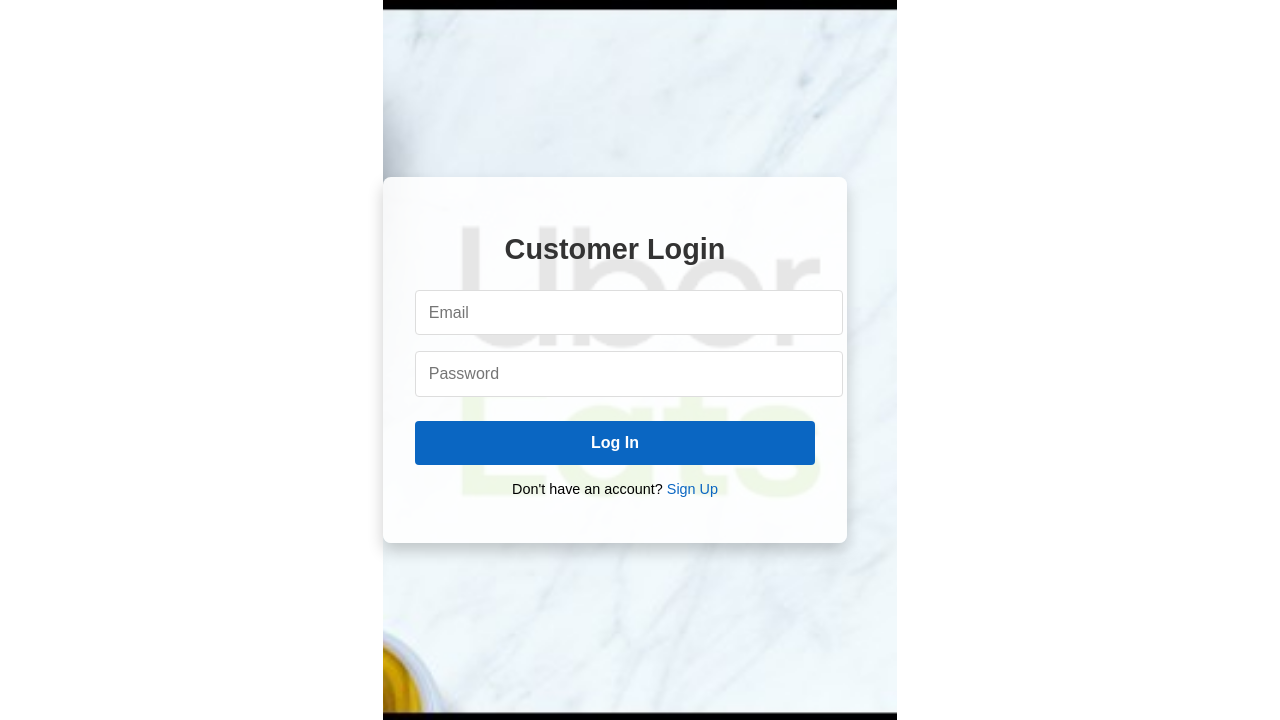
Repository: hamsaram14/dummy4
Page: / (app in frontend1/)
These files come from the project's save history. The page is drawn as it stood at one moment and after the next save; the edit follows.
The browser window is 1280 px wide. The pictures show the whole page.
The project was rebuilt for these pictures with package versions that can differ from the ones it lists, and the page was loaded fresh each time. Also part of the build but not shown: frontend1/src/components/SignUpComponent.js.

Above is the page before, as saved 2024-10-11 14:00:16.

After the next save:
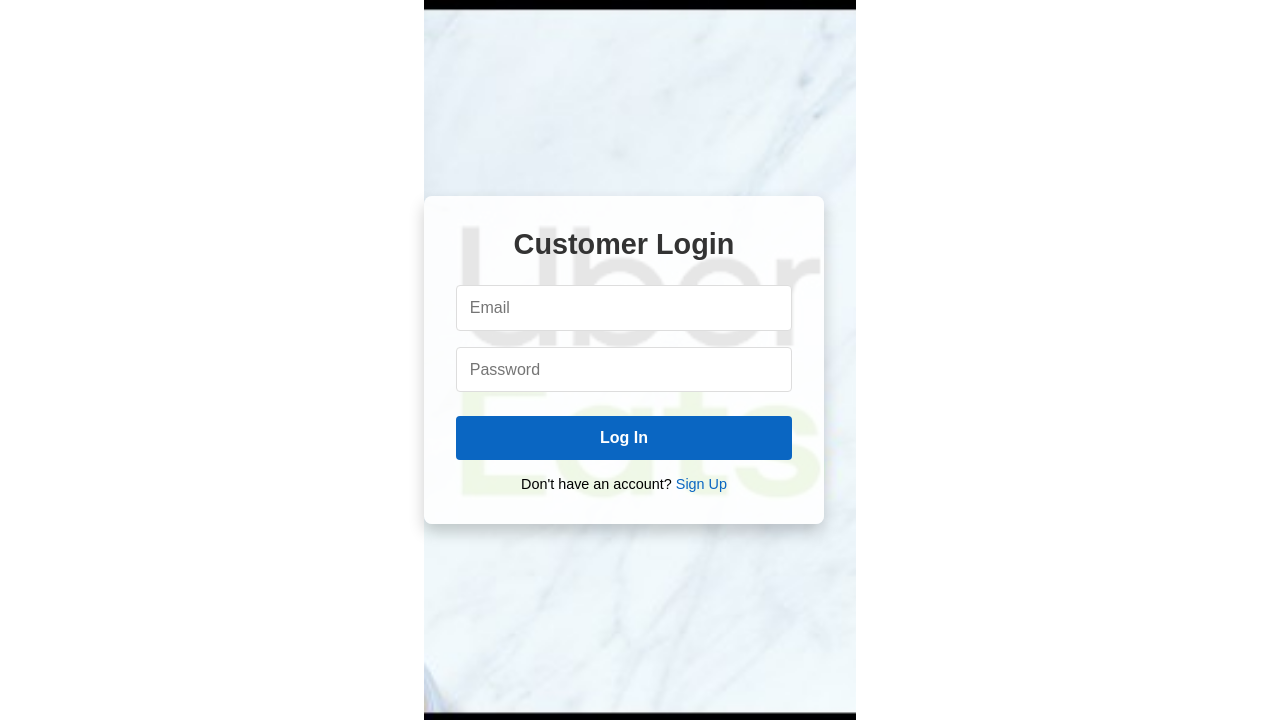
Saved 85 s later.
--- a/frontend1/src/components/LoginComponent.css
+++ b/frontend1/src/components/LoginComponent.css
@@ -1,25 +1,29 @@
 /* LoginComponent.css */
 
-body, html {
+* {
+    box-sizing: border-box;
     margin: 0;
     padding: 0;
-    font-family: Arial, sans-serif;
+}
+
+html, body {
     height: 100%;
     display: flex;
+    justify-content: center;
     align-items: center;
-    justify-content: center;
+    font-family: Arial, sans-serif;
 }
 
 .container {
     display: flex;
+    justify-content: flex-end;
     align-items: center;
-    justify-content: flex-end; /* Aligns the login box to the right */
-    height: 100vh;
-    background-image: url('http://localhost:3000/mainpage1.jpg');
+    min-height: 100vh;
+    width: 100%;
+    background-image: url('/mainpage1.jpg');
     background-size: cover;
     background-position: center;
     background-repeat: no-repeat;
-    padding-right: 50px; /* Optional padding for spacing from the right */
 }
 
 .login-box {
@@ -30,6 +34,7 @@
     text-align: center;
     max-width: 400px;
     width: 100%;
+    margin-right: 2rem;
 }
 
 .login-box h2 {
